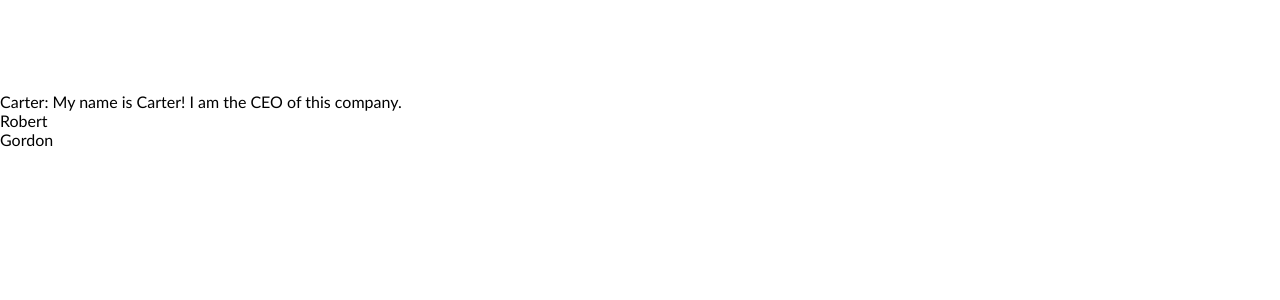
Repository: cartervandekamp/class03-styled-2109
Page: /about
The author's editor kept a copy of each file at every save. The page is drawn from the files as they stood at one save, then again after the next save.
The browser window is 1280 px wide. The pictures show the whole page.
The project was rebuilt for these pictures with package versions that can differ from the ones it lists, and the page was loaded fresh each time. The framework's server and built-in components were replaced by stand-ins that run in the browser. Also part of the build but not shown: next.config.js.

Above is the page before, as saved 2023-01-24 17:10:09.

### pages/about.js

import styles from "../styles/About.module.css";
import { useState } from "react";
import data from "../data/ourTeam.json";
import Text from "../components/Text/index";
import Link from "next/link";


export default function About() {
    const [information, setInformation] = useState([...data]);


        return (

    <div className={styles.main}>
            <div className={styles.title}>
        <>About Our Team</>
        </div>
        <div className={styles.name}>
        {information &&
          information.map((info, index) => {
            if (info.role.toLowerCase() === "team member") {
              return <Text key={index} name={info.name} />;
            }
          })}
        </div>
    </div>
    )
}

### styles/globals.css
html,
body {
  padding: 0;
  margin: 0;
  font-family: 'Gill Sans', 'Gill Sans MT', Calibri, 'Trebuchet MS', sans-serif;
}

a {
  color: inherit;
  text-decoration: none;
}

* {
  box-sizing: border-box;
}

@media (prefers-color-scheme: dark) {
  html {
    color-scheme: dark;
  }
  body {
    color: white;
    background: rgb(246, 141, 141);
  }
}

### styles/About.module.css
.title {
    color: #ffffff;
    text-align: center;
    font-style: oblique;
    font-weight: bolder;
    font-size: 60px;
    margin-top: 20px;
}

### data/ourTeam.json
[
    {
        "name": "Carter: My name is Carter! I am the CEO of this company.",
        "role": "Team Member"
    },

    {
        "name": "Robert",
        "role": "Team Member",
        "about": "My name is Robert! I am the Head of Business at this company."
    },

    {
        "name": "Gordon",
        "role": "Team Member",
        "about": "My name is Gordon! I am the Head of Computing at this company."
    }
]

### components/Text/index.js
import styles from "./Text.module.css";

export default function Text ({ name = "none" }) {
    return (
        <div className={styles.main}>
          <div className={styles.data}>{name}</div>
        </div>
      );
    }

Loaded but not shown: pages/_app.js (common file); components/Text/Text.module.css (no stored copy; drawn as an empty file)

After the next save:
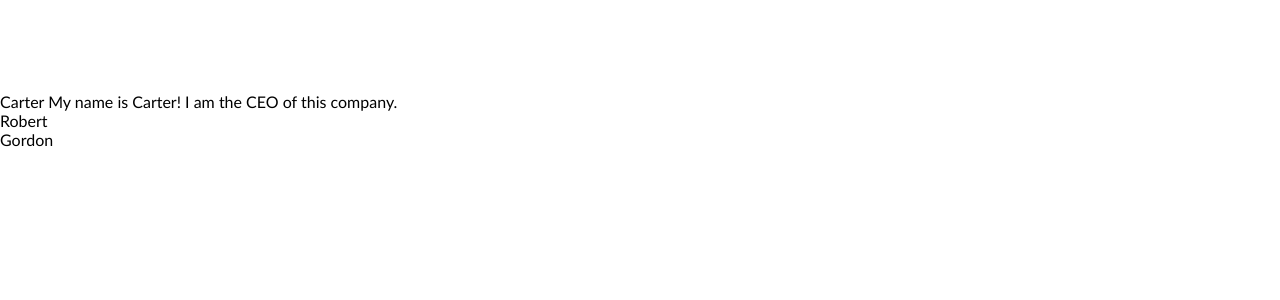
Saved 9 s later.
--- a/data/ourTeam.json
+++ b/data/ourTeam.json
@@ -1,6 +1,6 @@
 [
     {
-        "name": "Carter: My name is Carter! I am the CEO of this company.",
+        "name": "Carter My name is Carter! I am the CEO of this company.",
         "role": "Team Member"
     },
 
